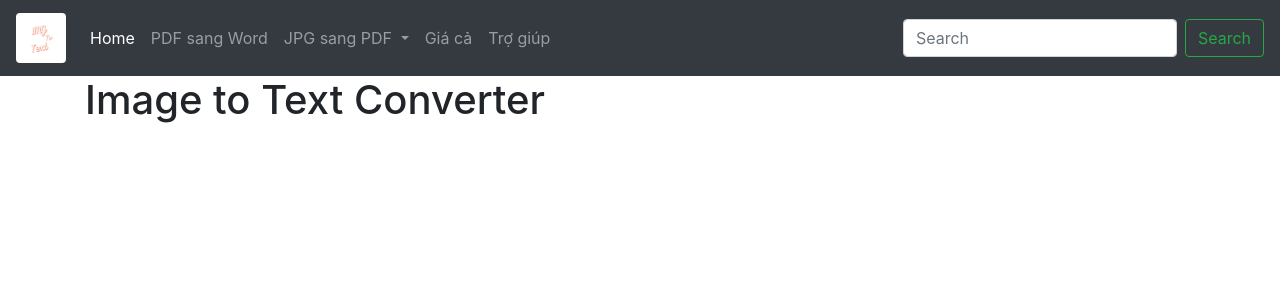
Repository: Tung1227/PBL6-2022
Page: index.html
These files come from the project's save history. The page is drawn as it stood at one moment and after the next save; the edit follows.
The browser window is 1280 px wide. The pictures show the whole page.

Above is the page before, as saved 2022-09-16 20:22:25.

After the next save:
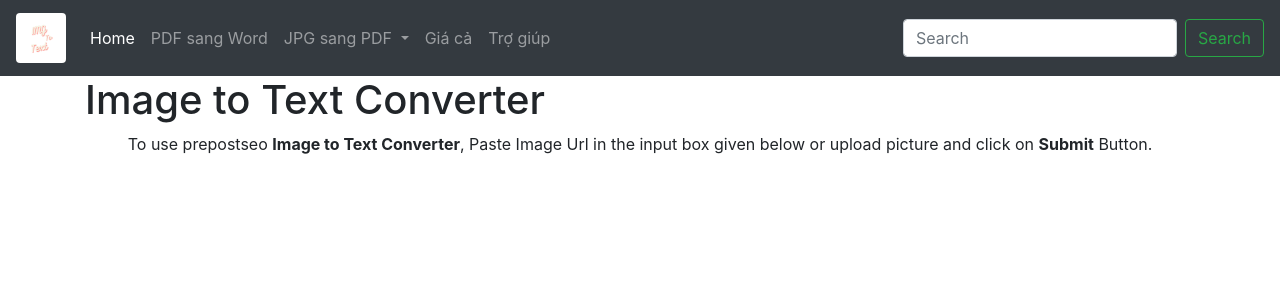
Saved 37 s later.
--- a/index.html
+++ b/index.html
@@ -58,6 +58,7 @@
     <div class="container">
         <div class="col-xs-1-12">
             <h1 class="h_tool">Image to Text Converter</h1>
+            <p class="text16 text-center">To use prepostseo <strong>Image to Text Converter</strong>, Paste Image Url in the input box given below or upload picture and click on <strong>Submit</strong> Button.</p>
         </div>
     </div>
     <!-- Optional JavaScript -->
